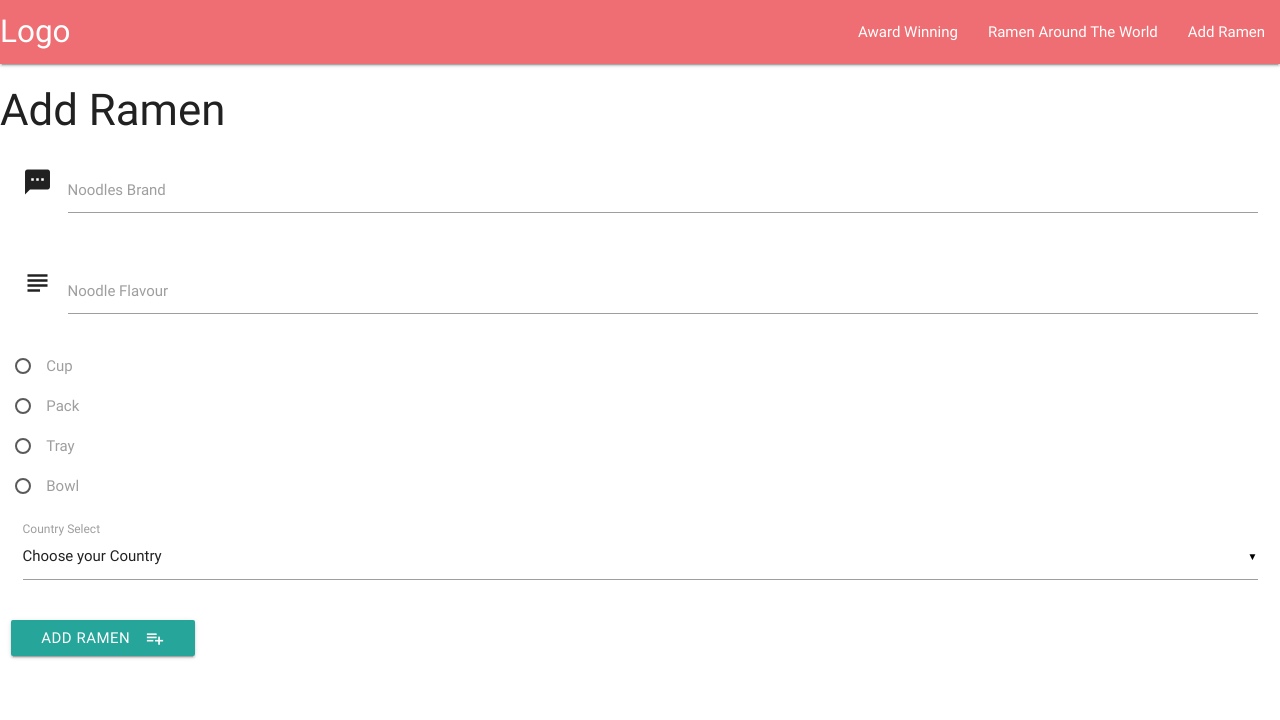
Repository: Paddlepop25/codeinstitute-insta-ramen
Page: http://localhost/add_ramen
The author's editor kept a record of every edit. The page is drawn from the files as they stood at one moment, then again after the next edit.
The browser window is 1280 px wide. The pictures show the whole page.
Some web libraries are served in a nearby version. The page is served by the project's application, run on Flask 3 (app.py).

Above is the page before.

After the next edit:
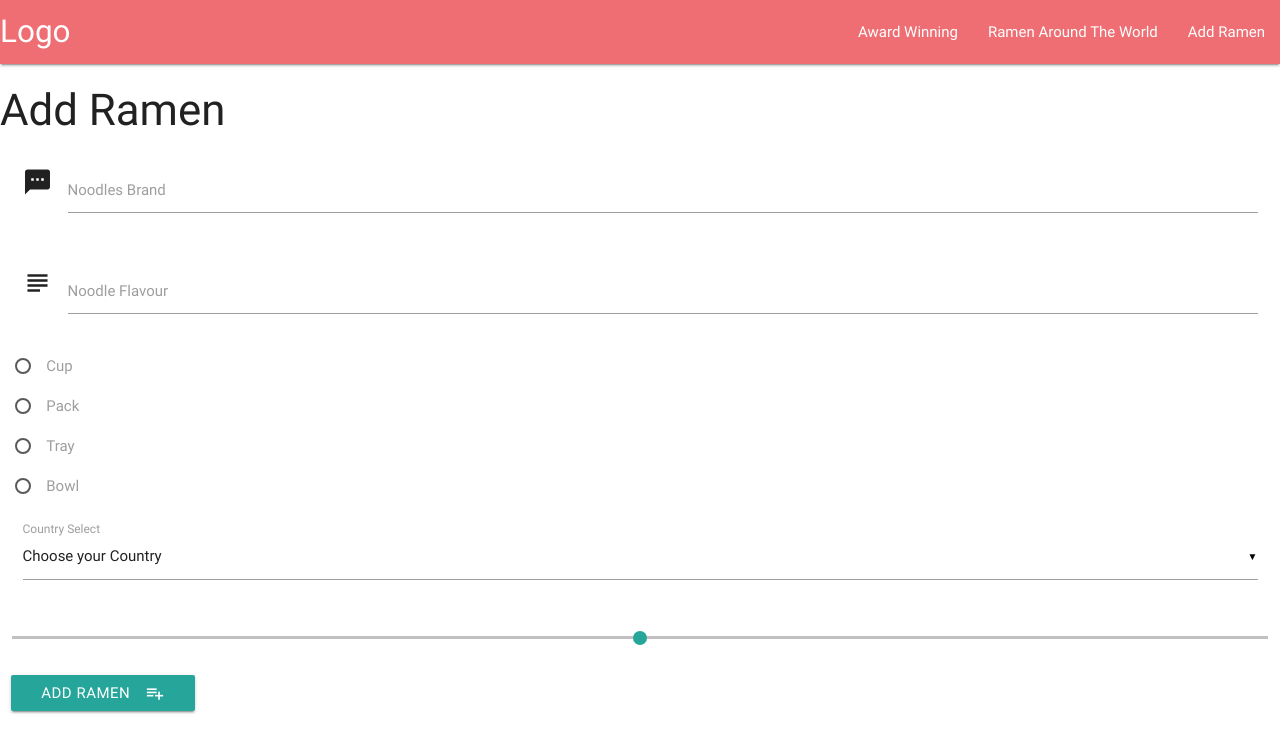
The edit:
--- a/templates/add_ramen.html
+++ b/templates/add_ramen.html
@@ -52,7 +52,11 @@
       </div>
     </div>
 
-
+    <div class="row">
+      <p class="range-field">
+      <input type="range" id="test5" min="1" max="5" />
+    </p>
+    </div>
 
     <div class="row">
       <button class="btn waves-effect waves-light" type="submit" name="action">Add Ramen
